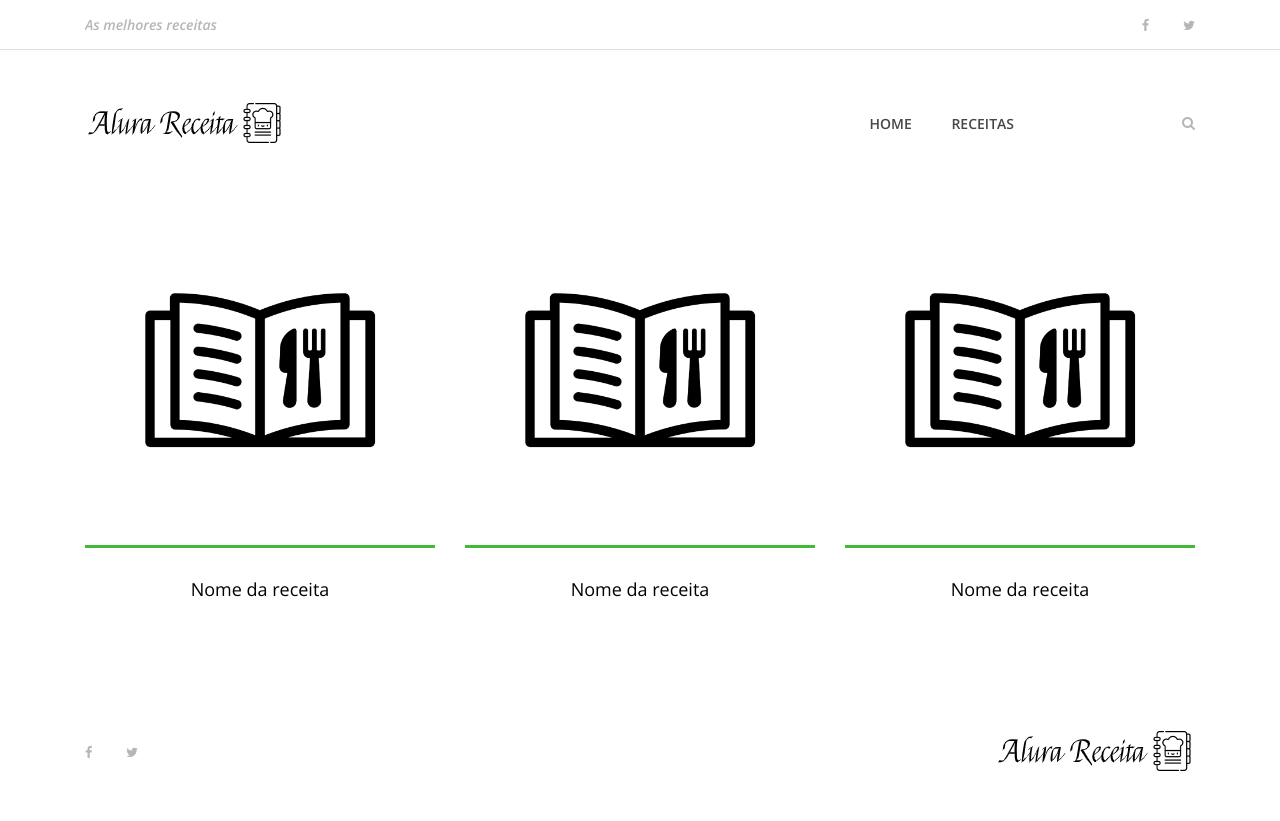
Repository: LuizMXavier/receita
Page: receitas/templates/index.html
The author's editor kept a copy of each file at every save. The page is drawn from the files as they stood at one save, then again after a run of saves.
The browser window is 1280 px wide. The pictures show the whole page.
The template is drawn by Django 5.2. The application's start-up code is not run. Other server files are loaded and not shown. The template is opened directly, without the code that normally fills it, so the values that code supplies are empty.

Above is the page before, as saved 2025-07-11 16:09:25.

### receitas/templates/index.html
{% extends 'base.html'%}
{% load static %}
{% block content %}
    <!-- Preloader -->
    <div id="preloader">
        <i class="circle-preloader"></i>
        <img src="{% static 'img/core-img/pizza.png' %}" alt="">
    </div>

    <!-- Search Wrapper -->
    <div class="search-wrapper">
        <!-- Close Btn -->
        <div class="close-btn"><i class="fa fa-times" aria-hidden="true"></i></div>

        <div class="container">
            <div class="row">
                <div class="col-12">
                    <form action="#" method="post">
                        <input type="search" name="search" placeholder="O que está procurando...">
                        <button type="submit"><i class="fa fa-search" aria-hidden="true"></i></button>
                    </form>
                </div>
            </div>
        </div>
    </div>

    {% include 'partials/menu.html'%}
    <!-- ##### Best Receipe Area Start ##### -->
    <section class="best-receipe-area">
        <div class="container">
            <div class="row">
                <!-- Single Best Receipe Area -->
                <div class="col-12 col-sm-6 col-lg-4">
                    <div class="single-best-receipe-area mb-30">
                        <img src="{% static 'img/bg-img/foto_receita.png' %}" alt="">
                        <div class="receipe-content">
                            <a href="{% url 'receita'%}">
                                <h5>Nome da receita</h5>
                            </a>
                        </div>
                    </div>
                </div>

                <!-- Single Best Receipe Area -->
                <div class="col-12 col-sm-6 col-lg-4">
                    <div class="single-best-receipe-area mb-30">
                        <img src="{% static 'img/bg-img/foto_receita.png' %}" alt="">
                        <div class="receipe-content">
                            <a href="{% url 'receita'%}">
                                <h5>Nome da receita</h5>
                            </a>
                        </div>
                    </div>
                </div>

                <!-- Single Best Receipe Area -->
                <div class="col-12 col-sm-6 col-lg-4">
                    <div class="single-best-receipe-area mb-30">
                        <img src="{% static 'img/bg-img/foto_receita.png' %}" alt="">
                        <div class="receipe-content">
                            <a href="{% url 'receita'%}">
                                <h5>Nome da receita</h5>
                            </a>
                        </div>
                    </div>
                </div>
            </div>
        </div>
    </section>
    <!-- ##### Best Receipe Area End ##### -->

    <!-- ##### Footer Area Start ##### -->
    <footer class="footer-area">
        <div class="container h-100">
            <div class="row h-100">
                <div class="col-12 h-100 d-flex flex-wrap align-items-center justify-content-between">
                    <!-- Footer Social Info -->
                    <div class="footer-social-info text-right">
                        <a href="#"><i class="fa fa-facebook" aria-hidden="true"></i></a>
                        <a href="#"><i class="fa fa-twitter" aria-hidden="true"></i></a>
                    </div>
                    <!-- Footer Logo -->
                    <div class="footer-logo">
                        <a href="{% url 'index' %}"><img src="{% static 'img/core-img/logo.png'%}" alt=""></a>
                    </div>
                </div>
            </div>
        </div>
    </footer>
    <!-- ##### Footer Area Start ##### -->

{% endblock  %}

### receitas/templates/base.html
{% load static %}

<!DOCTYPE html>
<html lang="en">

<head>
    <meta charset="UTF-8">
    <meta name="description" content="">
    <meta http-equiv="X-UA-Compatible" content="IE=edge">
    <meta name="viewport" content="width=device-width, initial-scale=1, shrink-to-fit=no">
    <!-- Título -->
    <title>Alura Receitas</title>

    <!-- Favicon -->
    <link rel="icon" href="{% static 'img/core-img/favicon.ico' %}">

    <!-- Stylesheet -->
    <link rel="stylesheet" href="{% static 'site.css' %}">

</head>

<body>
    {% block content %} {% endblock %}
    <!-- ##### All Javascript Files ##### -->
    <!-- jQuery-2.2.4 js -->
    <script src="{% static 'js/jquery/jquery-2.2.4.min.js' %}"></script>
    <!-- Popper js -->
    <script src="{% static 'js/bootstrap/popper.min.js' %}"></script>
    <!-- Bootstrap js -->
    <script src="{% static 'js/bootstrap/bootstrap.min.js' %}"></script>
    <!-- All Plugins js -->
    <script src="{% static 'js/plugins/plugins.js'%}"></script>
    <!-- Active js -->
    <script src="{% static 'js/active.js' %}"></script>
</body>

### receitas/templates/partials/menu.html
{% load static %}

<!-- ##### Header Area Start ##### -->
    <header class="header-area">

        <!-- Top Header Area -->
        <div class="top-header-area">
            <div class="container h-100">
                <div class="row h-100 align-items-center justify-content-between">
                    <!-- Breaking News -->
                    <div class="col-12 col-sm-6">
                        <div class="breaking-news">
                            <div id="breakingNewsTicker" class="ticker">
                                <ul>
                                    <li><a href="">Boas vindas!</a></li>
                                    <li><a href="">As melhores receitas</a></li>
                                    <li><a href="">Você encontra aqui!</a></li>
                                </ul>
                            </div>
                        </div>
                    </div>

                    <!-- Top Social Info -->
                    <div class="col-12 col-sm-6">
                        <div class="top-social-info text-right">
                            <a href=""><i class="fa fa-facebook" aria-hidden="true"></i></a>
                            <a href=""><i class="fa fa-twitter" aria-hidden="true"></i></a>
                        </div>
                    </div>
                </div>
            </div>
        </div>

        <!-- Navbar Area -->
        <div class="delicious-main-menu">
            <div class="classy-nav-container breakpoint-off">
                <div class="container">
                    <!-- Menu -->
                    <nav class="classy-navbar justify-content-between" id="deliciousNav">

                        <!-- Logo -->
                        <a class="nav-brand" href="{% url 'index' %}"><img src="{% static 'img/core-img/logo.png' %}" alt=""></a>

                        <!-- Navbar Toggler -->
                        <div class="classy-navbar-toggler">
                            <span class="navbarToggler"><span></span><span></span><span></span></span>
                        </div>

                        <!-- Menu -->
                        <div class="classy-menu">

                            <!-- close btn -->
                            <div class="classycloseIcon">
                                <div class="cross-wrap"><span class="top"></span><span class="bottom"></span></div>
                            </div>

                            <!-- Nav Start -->
                            <div class="classynav">
                                <ul>
                                    <li><a href="{%url 'index'%}">Home</a></li>
                                    <li><a href="{% url 'receita'%}">Receitas</a></li>
                                </ul>

                                <!-- Formulario de busca -->
                                <div class="search-btn">
                                    <i class="fa fa-search" aria-hidden="true"></i>
                                </div>
                                <!-- Formulario de busca -->

                            </div>
                            <!-- Nav End -->
                        </div>
                    </nav>
                </div>
            </div>
        </div>
    </header>
    <!-- ##### Header Area End ##### -->

### alurareceita/static/css/custom-icon.css
@font-face {
  font-family: 'icomoon';
  src:  url('../fonts/icomoon.eot?a8d3tv');
  src:  url('../fonts/icomoon.eot?a8d3tv#iefix') format('embedded-opentype'),
    url('../fonts/icomoon.ttf?a8d3tv') format('truetype'),
    url('../fonts/icomoon.woff?a8d3tv') format('woff'),
    url('../fonts/icomoon.svg?a8d3tv#icomoon') format('svg');
  font-weight: normal;
  font-style: normal;
}

[class^="icon-"], [class*=" icon-"] {
  /* use !important to prevent issues with browser extensions that change fonts */
  font-family: 'icomoon' !important;
  speak: none;
  font-style: normal;
  font-weight: normal;
  font-variant: normal;
  text-transform: none;
  line-height: 1;

  /* Better Font Rendering =========== */
  -webkit-font-smoothing: antialiased;
  -moz-osx-font-smoothing: grayscale;
}

.icon-point-of-service:before {
  content: "\e900";
}
.icon-purse:before {
  content: "\e901";
}
.icon-tax-1:before {
  content: "\e902";
}
.icon-diamond:before {
  content: "\e903";
}
.icon-tax:before {
  content: "\e904";
}
.icon-profits-1:before {
  content: "\e905";
}
.icon-safebox:before {
  content: "\e906";
}
.icon-idea:before {
  content: "\e907";
}
.icon-smartphone-1:before {
  content: "\e908";
}
.icon-piggy-bank:before {
  content: "\e909";
}
.icon-pound-sterling:before {
  content: "\e90a";
}
.icon-yuan:before {
  content: "\e90b";
}
.icon-bitcoin:before {
  content: "\e90c";
}
.icon-dollar:before {
  content: "\e90d";
}
.icon-euro:before {
  content: "\e90e";
}
.icon-exchange:before {
  content: "\e90f";
}
.icon-growth:before {
  content: "\e910";
}
.icon-briefcase-1:before {
  content: "\e911";
}
.icon-briefcase:before {
  content: "\e912";
}
.icon-gold-ingot:before {
  content: "\e913";
}
.icon-auction:before {
  content: "\e914";
}
.icon-search:before {
  content: "\e915";
}
.icon-check:before {
  content: "\e916";
}
.icon-profits:before {
  content: "\e917";
}
.icon-loss:before {
  content: "\e918";
}
.icon-invoice:before {
  content: "\e919";
}
.icon-smartphone:before {
  content: "\e91a";
}
.icon-coin-1:before {
  content: "\e91b";
}
.icon-calculator:before {
  content: "\e91c";
}
.icon-bank:before {
  content: "\e91d";
}
.icon-atm-machine-1:before {
  content: "\e91e";
}
.icon-atm-machine:before {
  content: "\e91f";
}
.icon-money-bag:before {
  content: "\e920";
}
.icon-credit-card-1:before {
  content: "\e921";
}
.icon-credit-card:before {
  content: "\e922";
}
.icon-wallet:before {
  content: "\e923";
}
.icon-money-1:before {
  content: "\e924";
}
.icon-balance:before {
  content: "\e925";
}
.icon-money:before {
  content: "\e926";
}
.icon-coin:before {
  content: "\e927";
}

Loaded but not shown: alurareceita/static/js/jquery/jquery-2.2.4.min.js (library); alurareceita/static/js/bootstrap/popper.min.js (library); alurareceita/static/js/bootstrap/bootstrap.min.js (library); alurareceita/static/js/plugins/plugins.js (library); alurareceita/static/css/bootstrap.min.css (library); alurareceita/static/css/owl.carousel.min.css (common file); alurareceita/static/css/animate.css (library); alurareceita/static/css/magnific-popup.css (library); alurareceita/static/css/font-awesome.min.css (library); alurareceita/static/css/classy-nav.min.css (library); alurareceita/static/css/nice-select.min.css (library); alurareceita/static/js/active.js (139 lines, source omitted); alurareceita/static/site.css (1372 lines, source omitted)

After the next 2 saves:
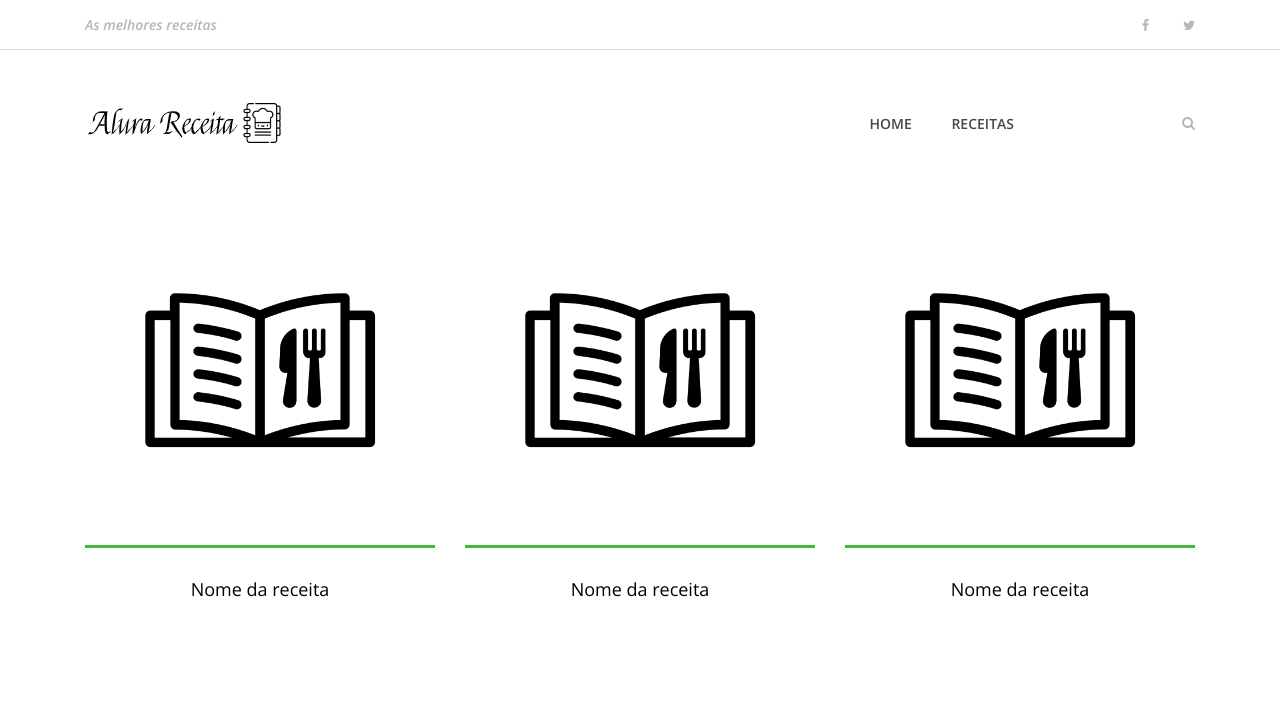
The 2 saves are shown as one change because they came seconds apart.
The last was saved 6 min 7 s later.
--- a/receitas/templates/index.html
+++ b/receitas/templates/index.html
@@ -69,24 +69,5 @@
     </section>
     <!-- ##### Best Receipe Area End ##### -->
 
-    <!-- ##### Footer Area Start ##### -->
-    <footer class="footer-area">
-        <div class="container h-100">
-            <div class="row h-100">
-                <div class="col-12 h-100 d-flex flex-wrap align-items-center justify-content-between">
-                    <!-- Footer Social Info -->
-                    <div class="footer-social-info text-right">
-                        <a href="#"><i class="fa fa-facebook" aria-hidden="true"></i></a>
-                        <a href="#"><i class="fa fa-twitter" aria-hidden="true"></i></a>
-                    </div>
-                    <!-- Footer Logo -->
-                    <div class="footer-logo">
-                        <a href="{% url 'index' %}"><img src="{% static 'img/core-img/logo.png'%}" alt=""></a>
-                    </div>
-                </div>
-            </div>
-        </div>
-    </footer>
-    <!-- ##### Footer Area Start ##### -->
 
 {% endblock  %}
